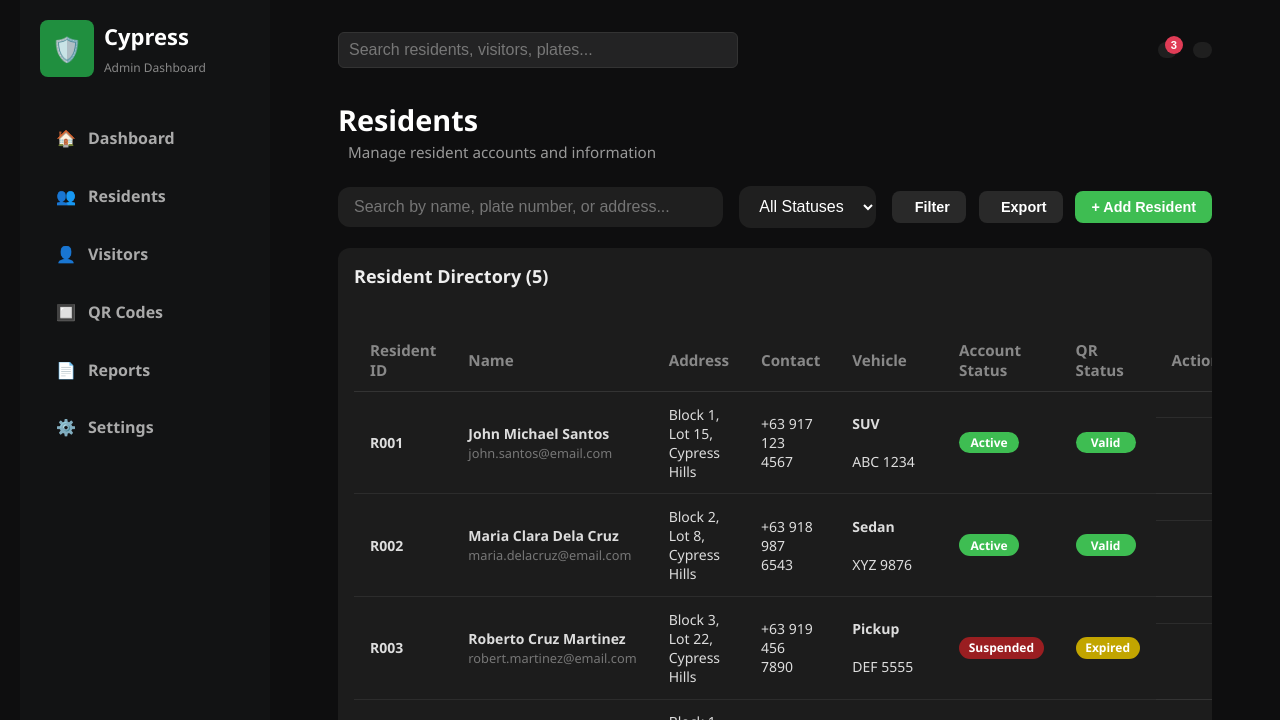
Repository: camuramon/my-project
Page: templates/admin/residents.html
These files come from the project's save history. The page is drawn as it stood at one moment and after the next save; the edit follows.
The browser window is 1280 px wide. The pictures show the whole page.
An inner scrolling area shows only its first screen. The template is drawn by Flask 3. The application's start-up code is not run. The template is opened directly, without the code that normally fills it, so the values that code supplies are empty.

Above is the page before, as saved 2025-09-03 12:13:29.

After the next save:
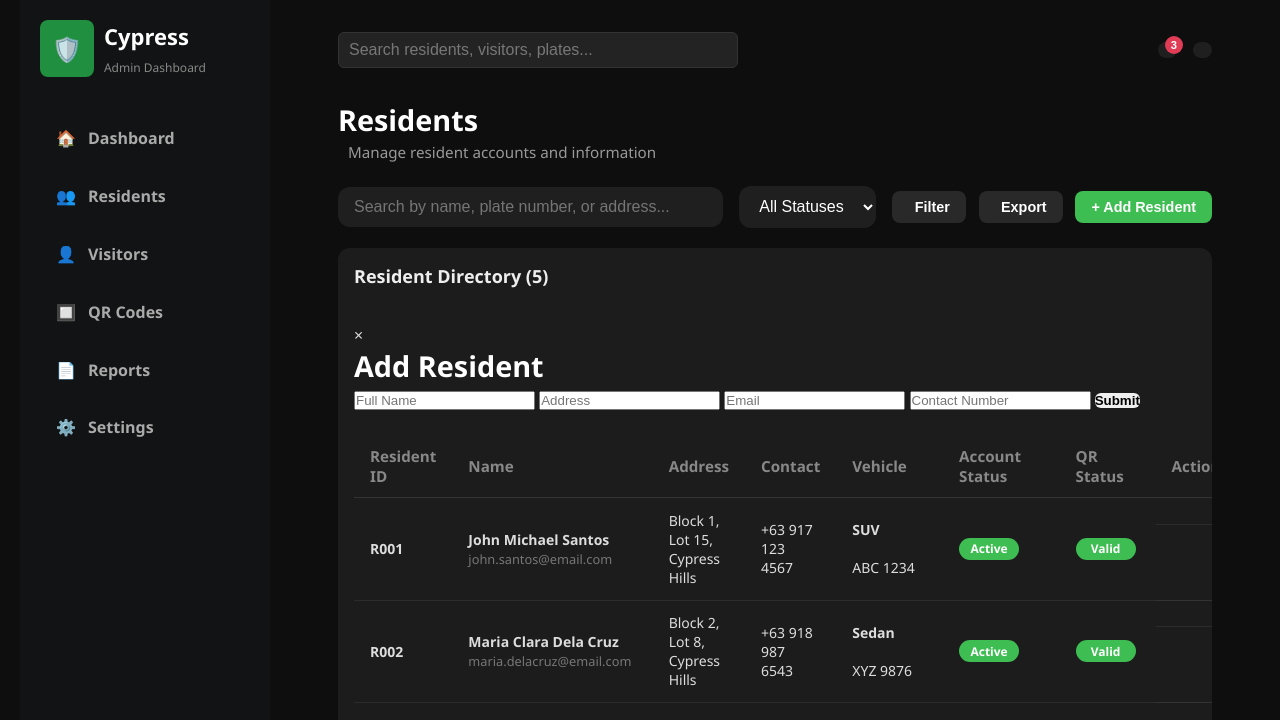
Saved 2 min 7 s later.
--- a/templates/admin/residents.html
+++ b/templates/admin/residents.html
@@ -191,6 +191,20 @@
                                     <button title="Delete"><i class="fas fa-trash"></i></button>
                                 </td>
                             </tr>
+                               <!-- 👇 RESIDENT MODAL -->
+<div id="addResidentModal" class="modal">
+  <div class="modal-content">
+    <span onclick="closeModal('addResidentModal')" class="close-btn">&times;</span>
+    <h2>Add Resident</h2>
+    <form id="addResidentForm">
+      <input type="text" placeholder="Full Name" />
+      <input type="text" placeholder="Address" />
+      <input type="email" placeholder="Email" />
+      <input type="tel" placeholder="Contact Number" />
+      <button type="submit">Submit</button>
+    </form>
+  </div>
+</div>
                         </tbody>
                     </table>
                 </div>

After the save that followed:
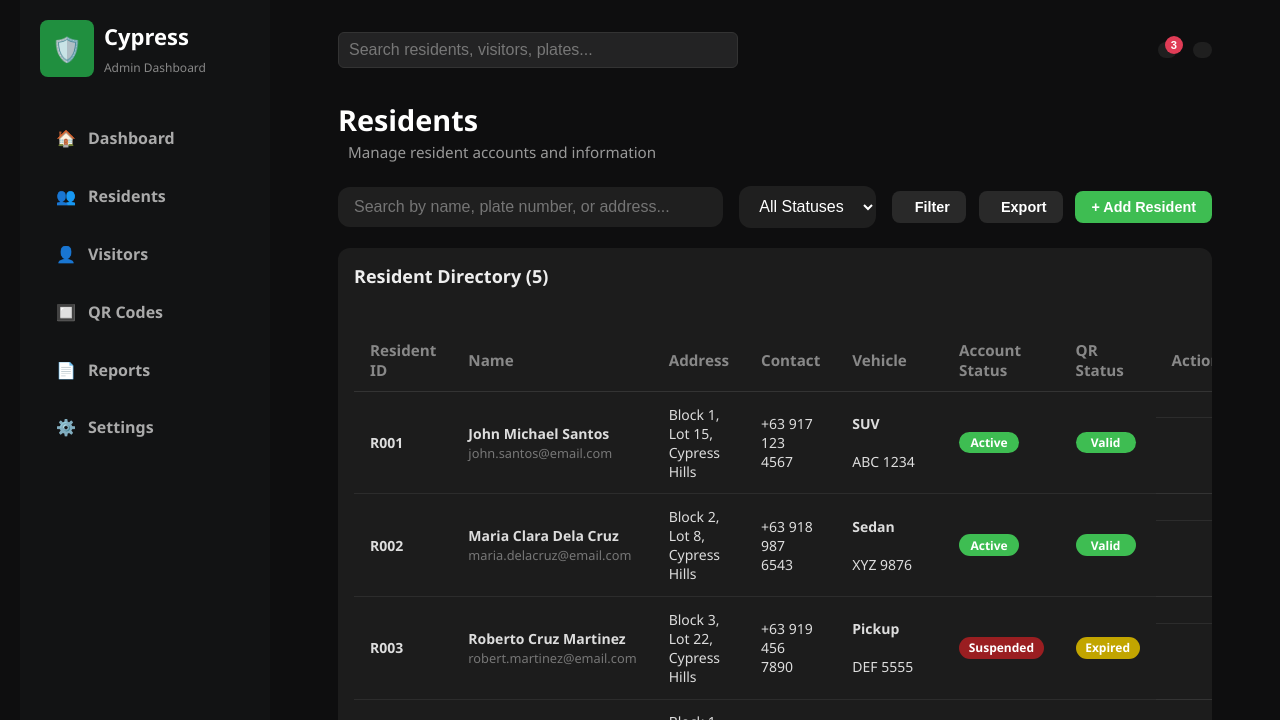
Saved 52 s later.
--- a/templates/admin/residents.html
+++ b/templates/admin/residents.html
@@ -191,20 +191,7 @@
                                     <button title="Delete"><i class="fas fa-trash"></i></button>
                                 </td>
                             </tr>
-                               <!-- 👇 RESIDENT MODAL -->
-<div id="addResidentModal" class="modal">
-  <div class="modal-content">
-    <span onclick="closeModal('addResidentModal')" class="close-btn">&times;</span>
-    <h2>Add Resident</h2>
-    <form id="addResidentForm">
-      <input type="text" placeholder="Full Name" />
-      <input type="text" placeholder="Address" />
-      <input type="email" placeholder="Email" />
-      <input type="tel" placeholder="Contact Number" />
-      <button type="submit">Submit</button>
-    </form>
-  </div>
-</div>
+
                         </tbody>
                     </table>
                 </div>
